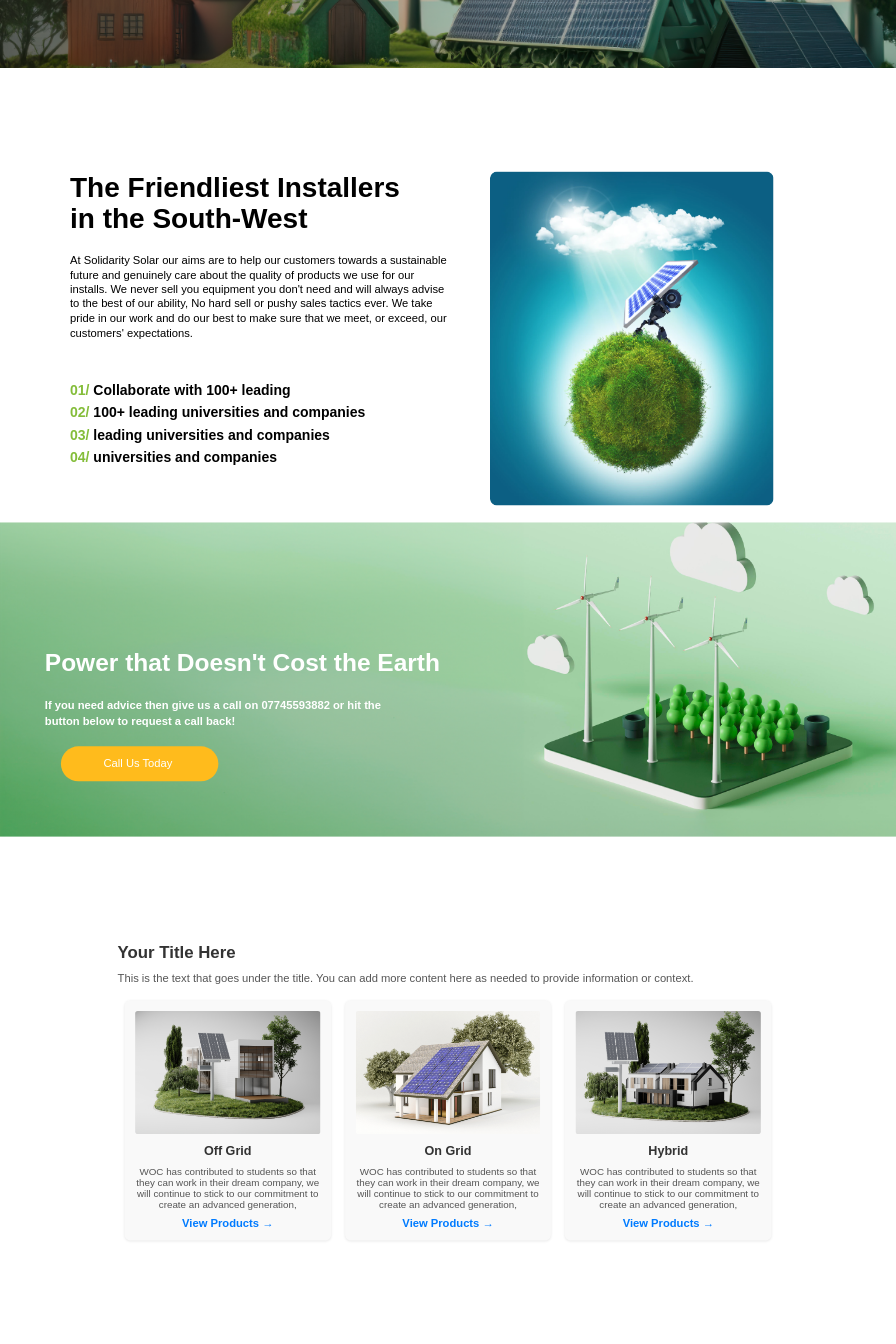
Repository: MaramNabil872/Landing-Page
Page: landingPage.html
These files come from the project's save history. The page is drawn as it stood at one moment and after the next save; the edit follows.
The browser window is 1280 px wide. The pictures show the part of the page from y = 683 to 2603 px (the page is 2603 px tall before and 2504 px after), at 70% of full size.

Above is the page before, as saved 2024-10-20 22:01:16.

After the next save:
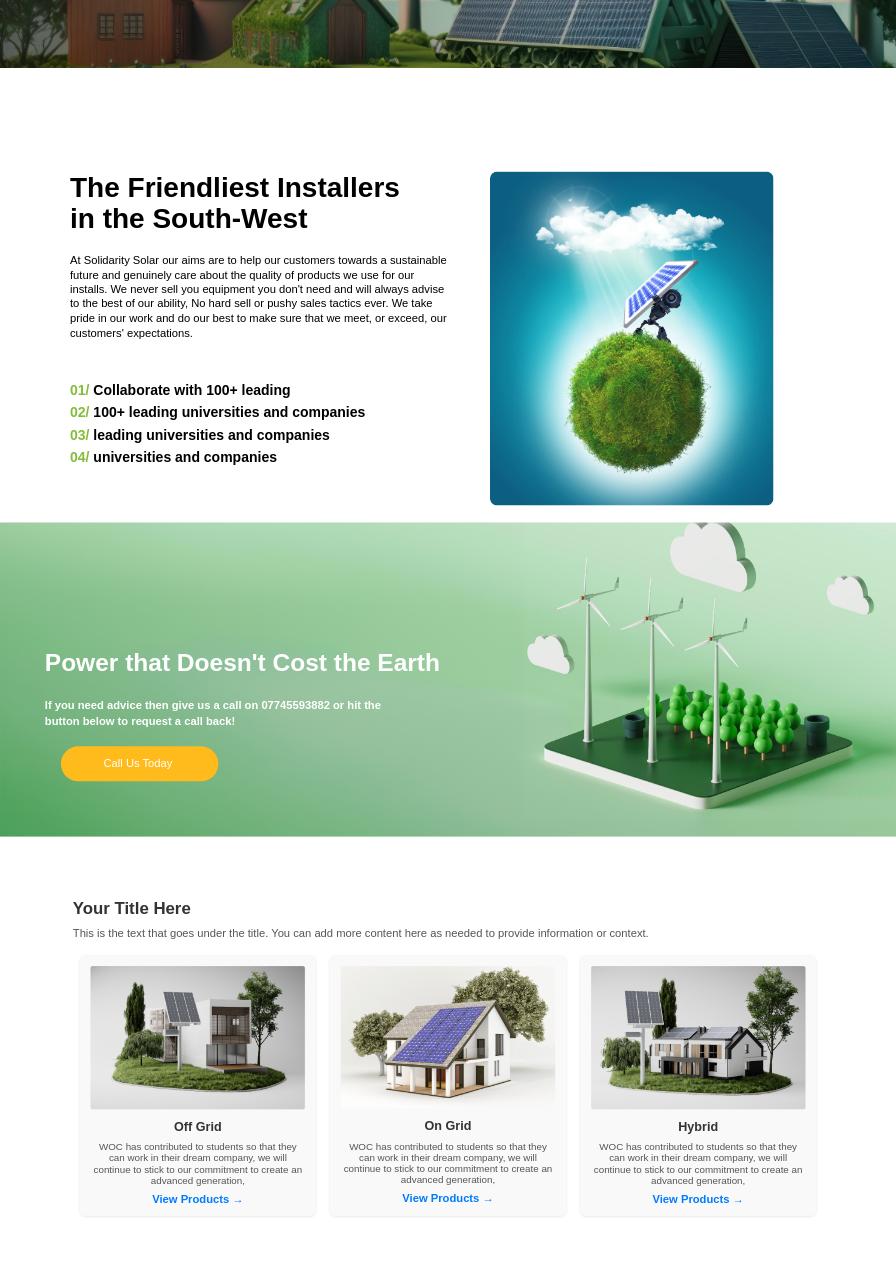
Saved 11 s later.
--- a/landingPage.css
+++ b/landingPage.css
@@ -213,7 +213,7 @@ font-size: 35px;
 /* third section */
 .white-container {
     background-color: white;
-    padding: 10%;
+    padding: 5%;
     max-width: 1200px; /* Maximum width of the container */
     margin: 20px auto; /* Center the container */
 }
